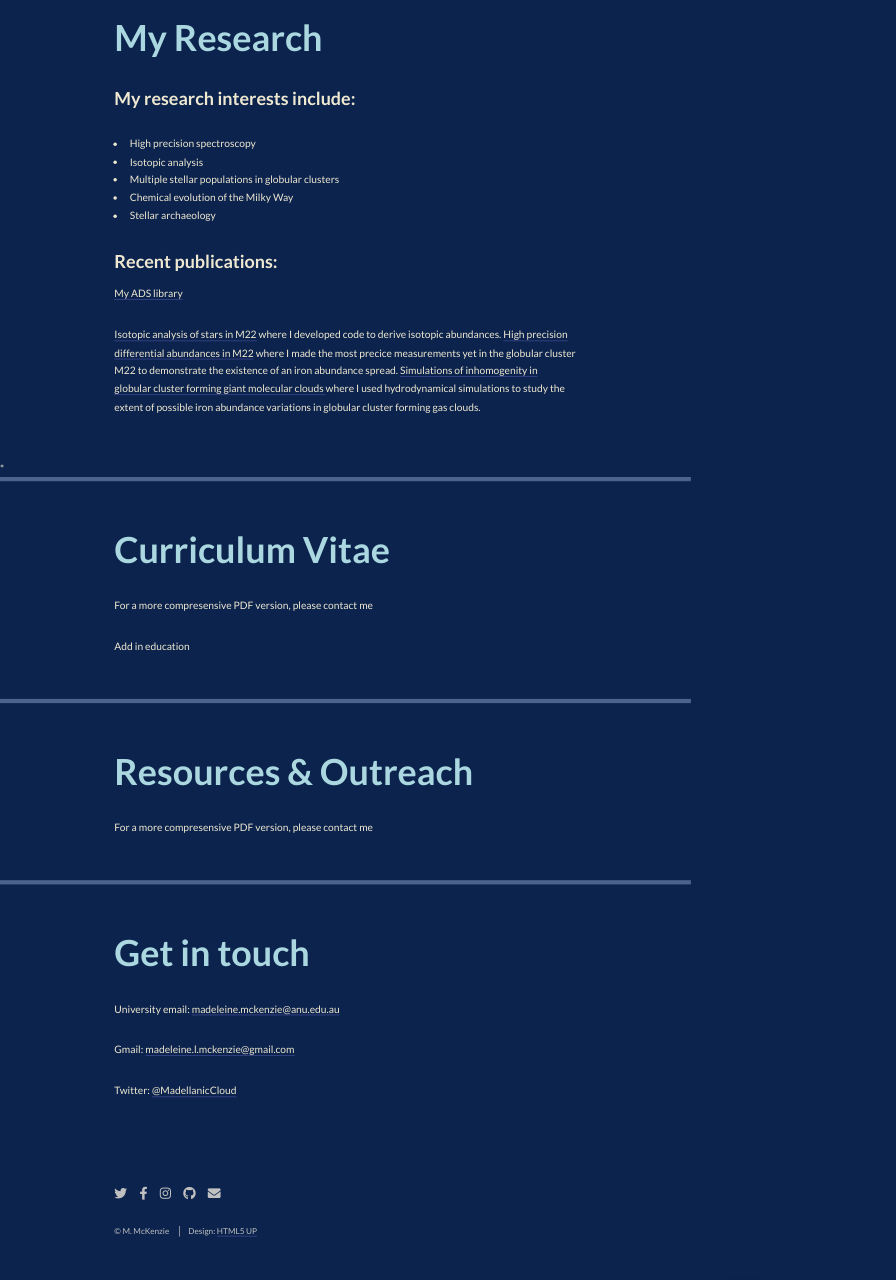
Repository: madeleine-mckenzie/madeleine-mckenzie.github.io
Page: index.html
These files come from the project's save history. The page is drawn as it stood at one moment and after the next save; the edit follows.
The browser window is 1280 px wide. The pictures show the part of the page from y = 1069 to 2989 px (the page is 2897 px tall before and 2989 px after), at 70% of full size.
Backgrounds fixed to the window are drawn as part of the page.

Above is the page before, as saved 2023-11-12 16:12:15.

After the next save:
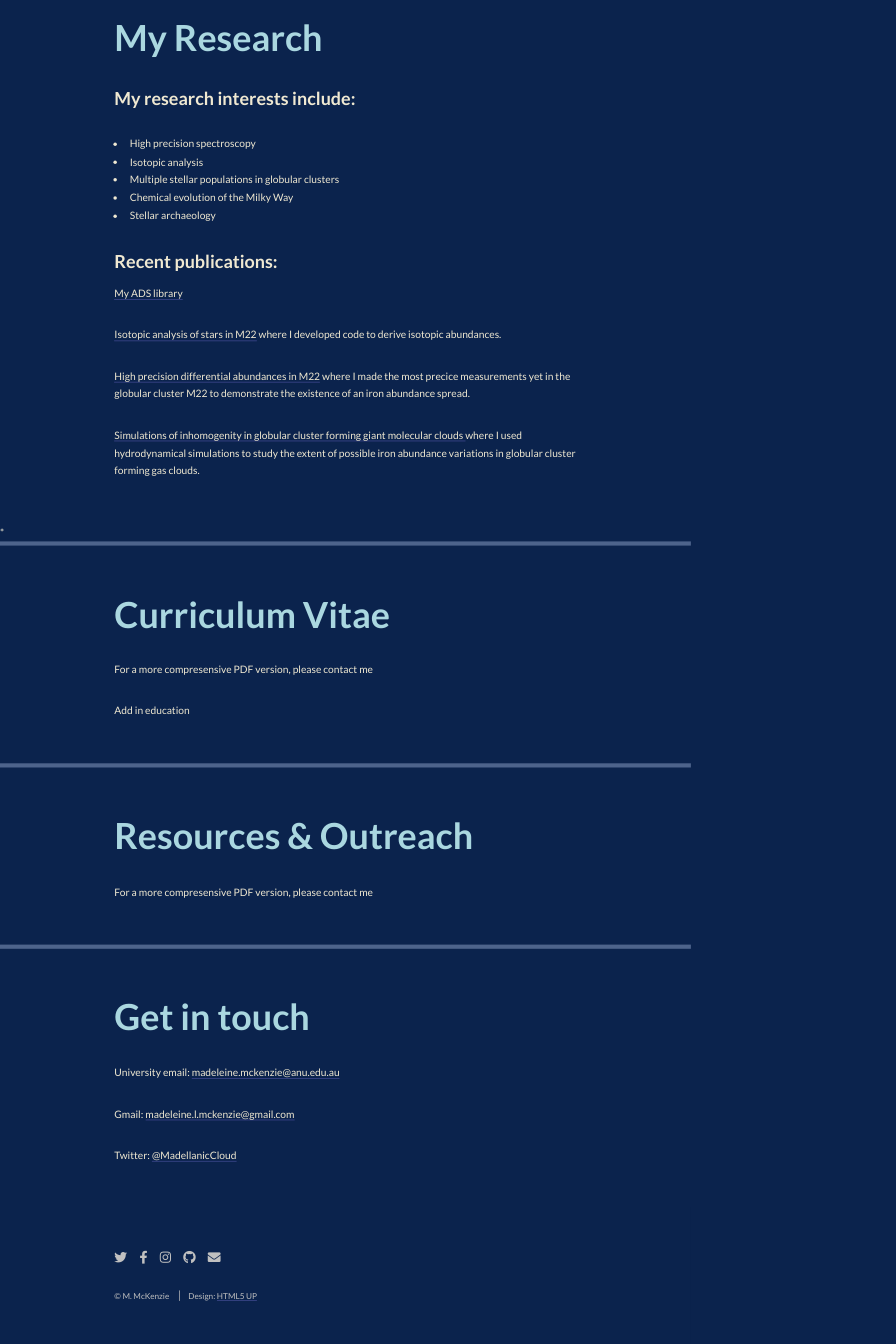
Saved 5 min 21 s later.
--- a/index.html
+++ b/index.html
@@ -83,13 +83,13 @@
                         <h3>Recent publications:</h3>
                         <p><a href="https://ui.adsabs.harvard.edu/user/libraries/K8q3Fv2nS-eG0YgK9U_ysw">My ADS library</a></p>
 
-                        <a href="https://ui.adsabs.harvard.edu/abs/2023MNRAS.tmp.2870M/abstract">Isotopic analysis of stars in M22</a> where I developed code to
-                        derive isotopic abundances.
-                        <a href="https://ui.adsabs.harvard.edu/abs/2022MNRAS.516.3515M/abstract">High precision differential abundances in M22</a> where I
-                        made the most precice measurements yet in the globular cluster M22 to demonstrate the existence of an iron abundance spread.
-                        <a href="https://ui.adsabs.harvard.edu/abs/2022MNRAS.516.3515M/abstract">Simulations of inhomogenity in globular cluster forming giant
-                            molecular clouds </a> where I
-                        used hydrodynamical simulations to study the extent of possible iron abundance variations in globular cluster forming gas clouds.
+                        <p><a href="https://ui.adsabs.harvard.edu/abs/2023MNRAS.tmp.2870M/abstract">Isotopic analysis of stars in M22</a> where I developed code to
+                        derive isotopic abundances.</p>
+                        <p><a href="https://ui.adsabs.harvard.edu/abs/2022MNRAS.516.3515M/abstract">High precision differential abundances in M22</a> where I
+                        made the most precice measurements yet in the globular cluster M22 to demonstrate the existence of an iron abundance spread.</p>
+                        <p><a href="https://ui.adsabs.harvard.edu/abs/2022MNRAS.516.3515M/abstract">Simulations of inhomogenity in globular cluster forming giant
+                            molecular clouds </a> where I used hydrodynamical simulations to study the extent of possible iron abundance variations in
+                             globular cluster forming gas clouds.</p>
                         </p>
 
                     </div>*
